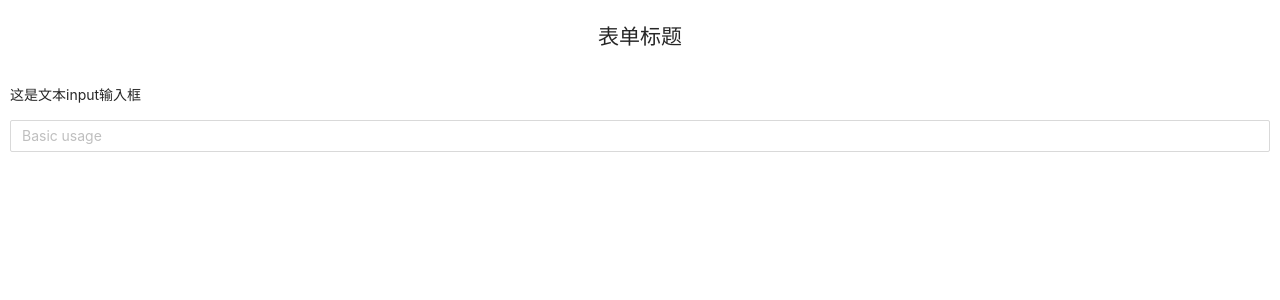
Repository: yangdi1993/form
Page: /
An editor plug-in stored every save of this project. The page is shown before and after the next save, followed by the edit.
The browser window is 1280 px wide. The pictures show the whole page.
The project was rebuilt for these pictures with package versions that can differ from the ones it lists, and the page was loaded fresh each time.

Above is the page before, as saved 2020-04-01 12:23:25.

After the next save:
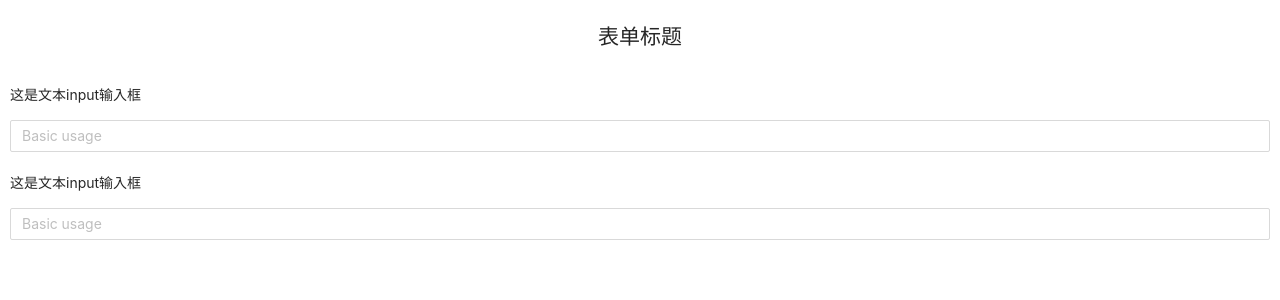
Saved 10 s later.
--- a/src/App.js
+++ b/src/App.js
@@ -11,6 +11,10 @@ const App = () => (
         <p className="input-title">这是文本input输入框</p>
         <Input placeholder="Basic usage" />
       </div>
+      <div className="question-cell">
+        <p className="input-title">这是文本input输入框</p>
+        <Input placeholder="Basic usage" />
+      </div>
     </div>
     <div className="form-submit">
     </div>
